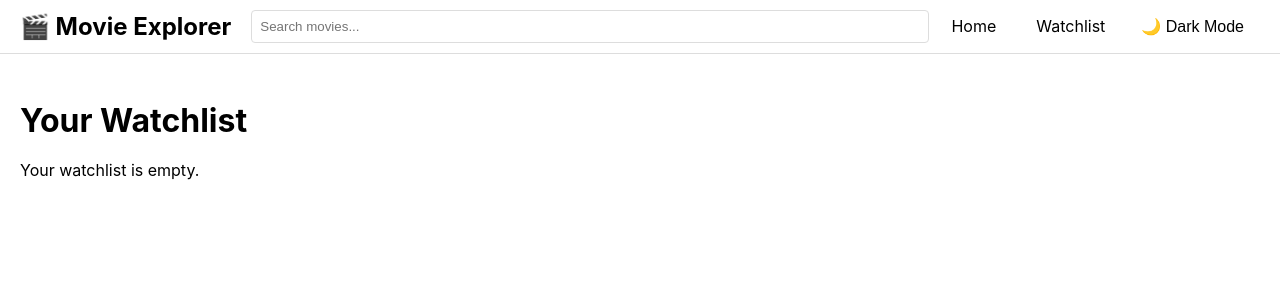
Repository: Akashmadhunala/Assignment-4-Movie_Explorer
Page: /watchlist
These files come from the project's save history. The page is drawn as it stood at one moment and after the next save; the edit follows.
The browser window is 1280 px wide. The pictures show the whole page.
The project was rebuilt for these pictures with package versions that can differ from the ones it lists, and the page was loaded fresh each time. Also part of the build but not shown: src/components/styles/MovieCard.module.css, src/components/MovieCard.js, src/styles/Home.module.css, src/api/tmdbApi.js, src/pages/Home.js, src/styles/MovieDetail.module.css, src/pages/MovieDetail.js, src/pages/Search.js.

Above is the page before, as saved 2024-10-21 14:44:51.

### public/index.html
<!DOCTYPE html>
<html lang="en">
<head>
    <meta charset="UTF-8" />
    <meta name="viewport" content="width=device-width, initial-scale=1.0" />
    <title>Movie Explorer</title>
</head>
<body>
    <noscript>You need to enable JavaScript to run this app.</noscript>
    <div id="root"></div>
</body>
</html>

### src/index.js
import React from 'react';
import ReactDOM from 'react-dom/client';
import { QueryClient, QueryClientProvider } from '@tanstack/react-query'; // Import QueryClient and QueryClientProvider
import App from './App';
import './index.css';

const queryClient = new QueryClient(); // Create a new QueryClient instance

const root = ReactDOM.createRoot(document.getElementById('root'));
root.render(
  <React.StrictMode>
    <QueryClientProvider client={queryClient}> {/* Wrap your App with QueryClientProvider */}
      <App />
    </QueryClientProvider>
  </React.StrictMode>
);

### src/App.js
import React from 'react';
import { BrowserRouter as Router, Route, Routes } from 'react-router-dom';
import { ThemeProvider } from './context/ThemeContext';
import Navbar from './components/Navbar';
import Home from './pages/Home';
import MovieDetail from './pages/MovieDetail';
import Search from './pages/Search';
import WatchlistPage from './pages/WatchlistPage';
import './styles/global.css';

const App = () => {
  return (
    <ThemeProvider>
      <Router>
        <Navbar />
        <Routes>
          <Route path="/" element={<Home />} />
          <Route path="/movie/:id" element={<MovieDetail />} />
          <Route path="/search" element={<Search />} />
          <Route path="/watchlist" element={<WatchlistPage />} />
        </Routes>
      </Router>
    </ThemeProvider>
  );
};

export default App;

### src/context/ThemeContext.js
import React, { createContext, useState, useEffect } from 'react';

export const ThemeContext = createContext();

export const ThemeProvider = ({ children }) => {
  const [theme, setTheme] = useState('light');

  const toggleTheme = () => {
    setTheme((prevTheme) => (prevTheme === 'light' ? 'dark' : 'light'));
  };

  // Save the theme preference in local storage
  useEffect(() => {
    const savedTheme = localStorage.getItem('theme');
    if (savedTheme) {
      setTheme(savedTheme);
    }
  }, []);

  useEffect(() => {
    localStorage.setItem('theme', theme);
  }, [theme]);

  return (
    <ThemeContext.Provider value={{ theme, toggleTheme }}>
      <div className={theme}>{children}</div>
    </ThemeContext.Provider>
  );
};

### src/components/Navbar.js
import React, { useContext, useState } from 'react';
import { Link, useNavigate } from 'react-router-dom';
import { ThemeContext } from '../context/ThemeContext';
import styles from './styles/Navbar.module.css';

const Navbar = () => {
  const { theme, toggleTheme } = useContext(ThemeContext);
  const [searchTerm, setSearchTerm] = useState('');
  const navigate = useNavigate();

  const handleSearch = (e) => {
    e.preventDefault();
    if (searchTerm) {
      navigate(`/search?query=${searchTerm}`);
    }
  };

  return (
    <nav className={styles.navbar}>
      <h1>🎬 Movie Explorer</h1>
      <form onSubmit={handleSearch}>
        <input
          type="text"
          value={searchTerm}
          onChange={(e) => setSearchTerm(e.target.value)}
          placeholder="Search movies..."
          className={styles.searchBar}
        />
      </form>
      <ul>
        <li><Link to="/">Home</Link></li>
        <li><Link to="/watchlist">Watchlist</Link></li>
        <li>
          <button onClick={toggleTheme} className={styles.themeToggle}>
            {theme === 'dark' ? '🌞 Light Mode' : '🌙 Dark Mode'}
          </button>
        </li>
      </ul>
    </nav>
  );
};

export default Navbar;

### src/pages/WatchlistPage.js
import React from 'react';
import Watchlist from '../components/Watchlist';

const WatchlistPage = () => {
  return <Watchlist />;
};

export default WatchlistPage;

### src/styles/global.css
/* global.css */
body {
  margin: 0;
  font-family: Arial, sans-serif;
  transition: background-color 0.3s, color 0.3s;
}

h1, h2, h3 {
  color: inherit;
}

nav {
  background-color: var(--bg-color);
  padding: 10px;
  border-bottom: 1px solid var(--border-color);
}

nav a {
  margin: 0 10px;
  text-decoration: none;
  color: var(--text-color);
}

/* Light Mode */
.light {
  --bg-color: #ffffff;
  --text-color: #000000;
  --border-color: #ddd;
}

/* Dark Mode */
.dark {
  --bg-color: #1e1e1e;
  --text-color: #ffffff;
  --border-color: #444;
}

.navbar {
  background-color: var(--bg-color);
  color: var(--text-color);
}

input, button {
  background-color: var(--bg-color);
  color: var(--text-color);
  border: 1px solid var(--border-color);
}

### src/components/styles/Navbar.module.css
.navbar {
    display: flex;
    justify-content: space-between;
    align-items: center;
    padding: 10px 20px;
    background-color: #fff;
    border-bottom: 1px solid #ddd;
  }

  .navbar h1 {
    font-size: 1.5rem;
    margin: 0;
  }

  .navbar form {
    flex: 1;
    margin: 0 20px;
  }

  .navbar input {
    width: 100%;
    padding: 8px;
    border: 1px solid #ddd;
    border-radius: 4px;
  }

  .navbar ul {
    list-style: none;
    display: flex;
    margin: 0;
    padding: 0;
  }

  .navbar li {
    margin: 0 10px;
  }

  .navbar .themeToggle {
    background-color: transparent;
    border: none;
    cursor: pointer;
    font-size: 1rem;
  }

### src/styles/Search.module.css
.search {
  padding: 20px;
}

.movieGrid {
  display: grid;
  grid-template-columns: repeat(auto-fill, minmax(200px, 1fr));
  gap: 20px;
}
/* Search.module.css */
.searchResults {
  padding: 20px;
}

h2 {
  margin-bottom: 20px;
}

/* Style the movie list to display horizontally */
.movieList {
  display: flex;
  flex-wrap: nowrap;   /* Ensure that the items do not wrap to the next line */
  overflow-x: auto;    /* Allow horizontal scrolling if items overflow */
  gap: 20px;
  padding-bottom: 20px;
}

/* Individual movie cards should have consistent width */
.movieCard {
  min-width: 200px;    /* Set a minimum width for each movie card */
  flex-shrink: 0;      /* Prevent movie cards from shrinking */
}

.movieCard img {
  width: 100%;
  height: auto;
  border-radius: 8px;
}

### src/components/Watchlist.js
import React, { useEffect, useState } from 'react';
import { Link } from 'react-router-dom';
import styles from './styles/Watchlist.module.css';

const Watchlist = () => {
  const [watchlist, setWatchlist] = useState([]);

  useEffect(() => {
    const savedWatchlist = JSON.parse(localStorage.getItem('watchlist')) || [];
    setWatchlist(savedWatchlist);
  }, []);

  const removeFromWatchlist = (id) => {
    const updatedWatchlist = watchlist.filter((movie) => movie.id !== id);
    setWatchlist(updatedWatchlist);
    localStorage.setItem('watchlist', JSON.stringify(updatedWatchlist));
  };

  return (
    <div className={styles.watchlist}>
      <h2>Your Watchlist</h2>
      {watchlist.length === 0 ? (
        <p>Your watchlist is empty.</p>
      ) : (
        <ul className={styles.movieList}>
          {watchlist.map((movie) => (
            <li key={movie.id} className={styles.movieItem}>
              <Link to={`/movie/${movie.id}`}>
                <img
                  src={`https://image.tmdb.org/t/p/w200${movie.poster_path}`}
                  alt={movie.title}
                />
              </Link>
              <div>
                <h3>{movie.title}</h3>
                <button onClick={() => removeFromWatchlist(movie.id)}>
                  Remove
                </button>
              </div>
            </li>
          ))}
        </ul>
      )}
    </div>
  );
};

export default Watchlist;

### src/components/styles/Watchlist.module.css
.watchlist {
    padding: 20px;
  }

  .watchlist h2 {
    font-size: 2rem;
  }

  .movieList {
    list-style: none;
    padding: 0;
  }

  .movieItem {
    display: flex;
    align-items: center;
    margin: 10px 0;
  }

  .movieItem img {
    width: 100px;
    height: auto;
    border-radius: 5px;
    margin-right: 15px;
  }

  .movieItem h3 {
    margin: 0;
    flex-grow: 1;
  }

  .movieItem button {
    background-color: #d9534f;
    color: white;
    border: none;
    border-radius: 3px;
    padding: 5px 10px;
    cursor: pointer;
  }

  .movieItem button:hover {
    background-color: #c9302c;
  }

Loaded but not shown: src/index.css (common file)

After the next save:
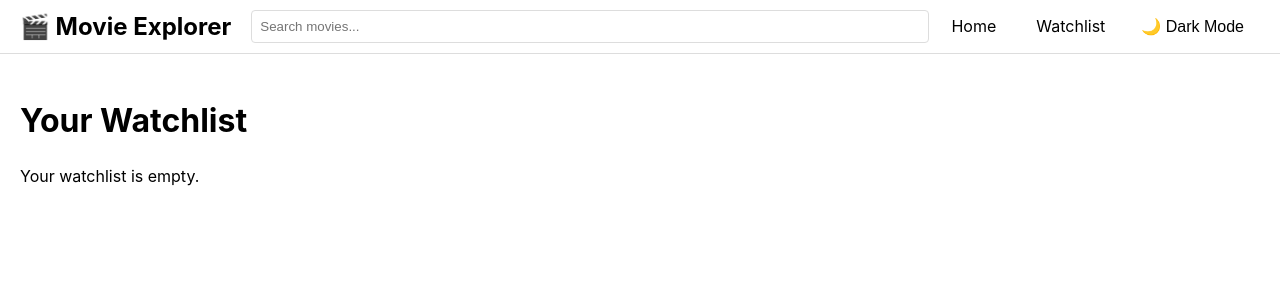
Saved 20 s later.
--- a/src/styles/Search.module.css
+++ b/src/styles/Search.module.css
@@ -1,38 +1,19 @@
-.search {
-  padding: 20px;
-}
-
-.movieGrid {
-  display: grid;
-  grid-template-columns: repeat(auto-fill, minmax(200px, 1fr));
-  gap: 20px;
-}
-/* Search.module.css */
 .searchResults {
   padding: 20px;
 }
 
-h2 {
-  margin-bottom: 20px;
+.movieList {
+  display: flex;
+  flex-wrap: wrap; /* Allow movies to wrap vertically if space runs out */
+  gap: 20px;
+  justify-content: flex-start;
 }
 
-/* Style the movie list to display horizontally */
-.movieList {
-  display: flex;
-  flex-wrap: nowrap;   /* Ensure that the items do not wrap to the next line */
-  overflow-x: auto;    /* Allow horizontal scrolling if items overflow */
-  gap: 20px;
-  padding-bottom: 20px;
+.movieCard {
+  width: 200px; /* Fixed width for consistency */
+  flex-shrink: 0;
+  border: 1px solid #ccc;
+  padding: 10px;
+  border-radius: 8px;
+  box-shadow: 0px 4px 8px rgba(0, 0, 0, 0.1);
 }
-
-/* Individual movie cards should have consistent width */
-.movieCard {
-  min-width: 200px;    /* Set a minimum width for each movie card */
-  flex-shrink: 0;      /* Prevent movie cards from shrinking */
-}
-
-.movieCard img {
-  width: 100%;
-  height: auto;
-  border-radius: 8px;
-}
